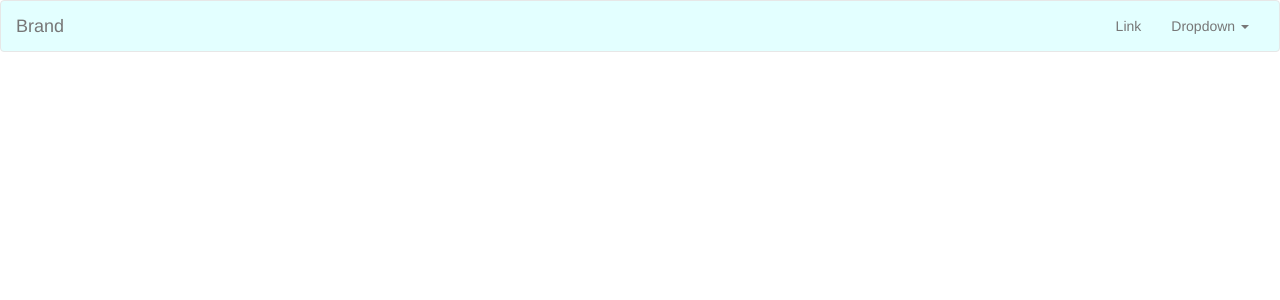
Repository: sajalsinghal7/Recruitment
Page: navbar_trial.html
The author's editor kept a record of every edit. The page is drawn from the files as they stood at one moment, then again after the next edit.
The browser window is 1280 px wide. The pictures show the whole page.

Above is the page before.

After the next edit:
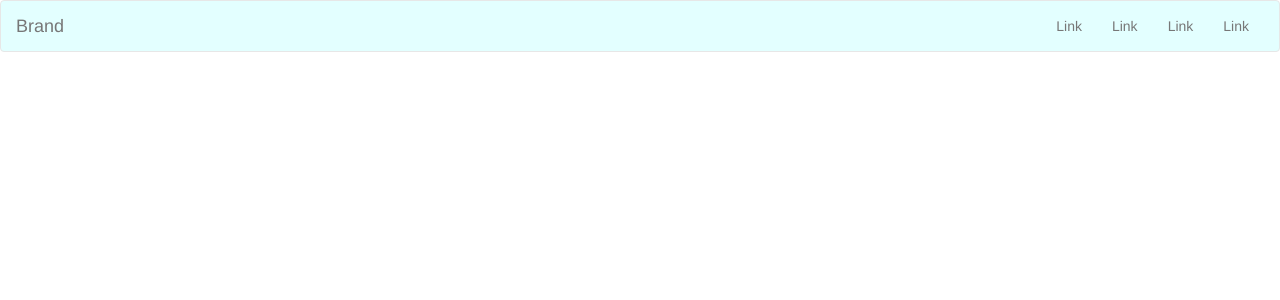
The edit:
--- a/navbar_trial.html
+++ b/navbar_trial.html
@@ -46,16 +46,9 @@
     <div class="collapse navbar-collapse" id="bs-example-navbar-collapse-1">
       <ul class="nav navbar-nav navbar-right">
         <li><a href="#">Link</a></li>
-        <li class="dropdown">
-          <a href="#" class="dropdown-toggle" data-toggle="dropdown" role="button" aria-haspopup="true" aria-expanded="false">Dropdown <span class="caret"></span></a>
-          <ul class="dropdown-menu">
-            <li><a href="#">Action</a></li>
-            <li><a href="#">Another action</a></li>
-            <li><a href="#">Something else here</a></li>
-            <li role="separator" class="divider"></li>
-            <li><a href="#">Separated link</a></li>
-          </ul>
-        </li>
+        <li><a href="#">Link</a></li>
+        <li><a href="#">Link</a></li>
+        <li><a href="#">Link</a></li>
       </ul>
     </div><!-- /.navbar-collapse -->
   </div><!-- /.container-fluid -->
